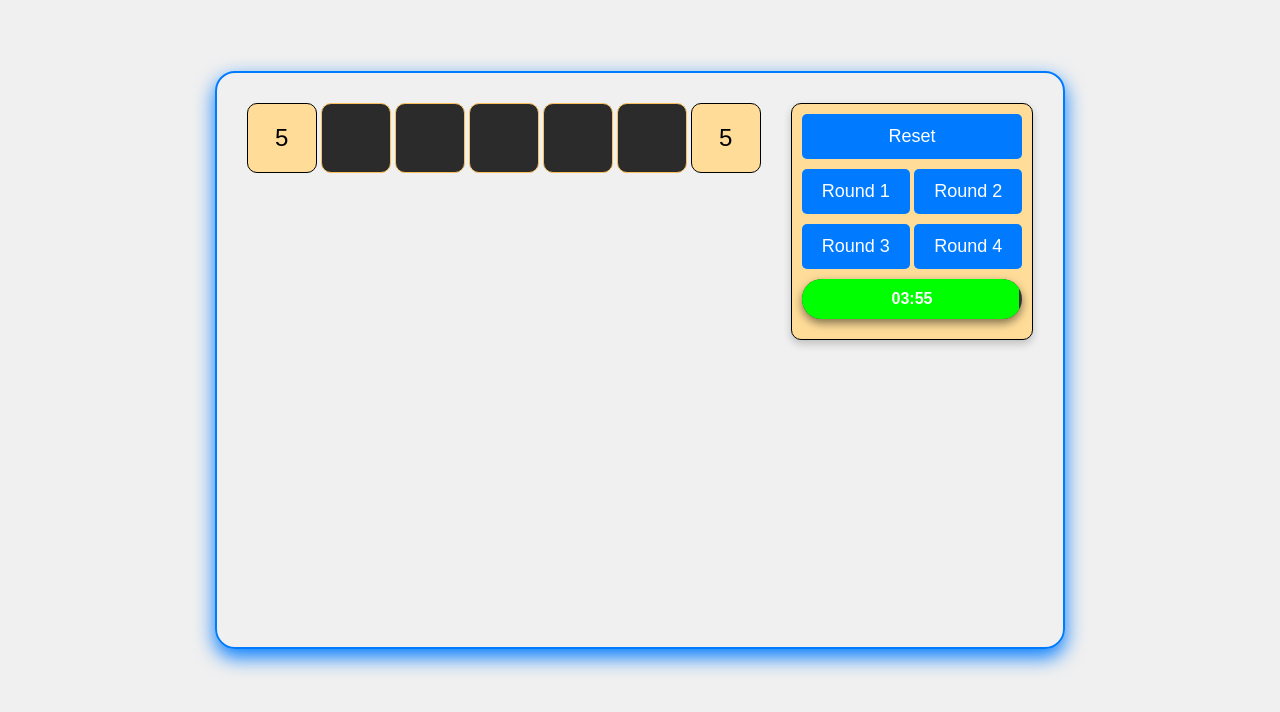
Repository: radisyah/THE_BRAIN_STORM
Page: Broken Link.html
The author's editor kept a copy of each file at every save. The page is drawn from the files as they stood at one save, then again after the next save.
The browser window is 1280 px wide. The pictures show the whole page.

Above is the page before, as saved 2024-10-31 00:32:39.

After the next save:
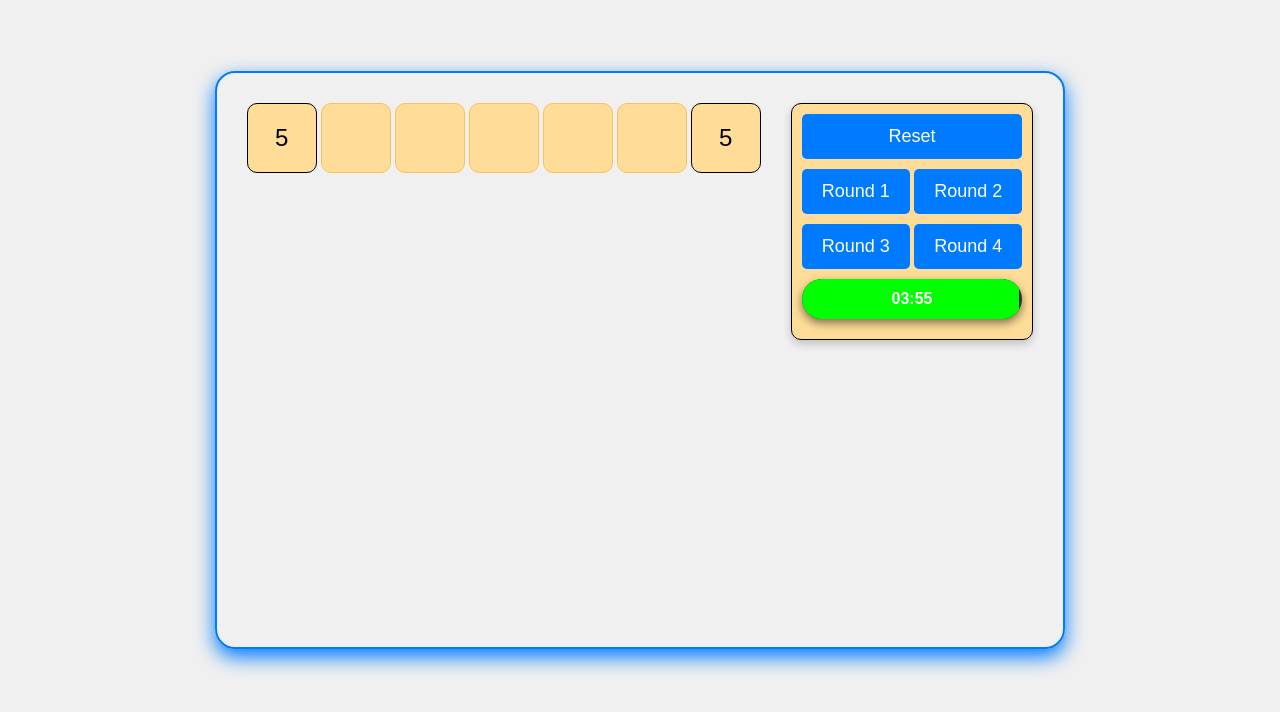
Saved 11 s later.
--- a/Broken Link.html
+++ b/Broken Link.html
@@ -84,7 +84,7 @@
             font-size: 24px; /* Increased font size */
             background-color: #ffdd99;
             border: 1px solid #000;
-
+            color: #000;
             cursor: pointer;
             position: relative;
             border-radius: 10px;
@@ -92,7 +92,7 @@
         }
 
         .grid-item[data-number=""] {
-            background-color: #2b2b2b;
+
             border: 1px solid #fbc05d;
             cursor: default; /* Change cursor for empty grids */
         }
